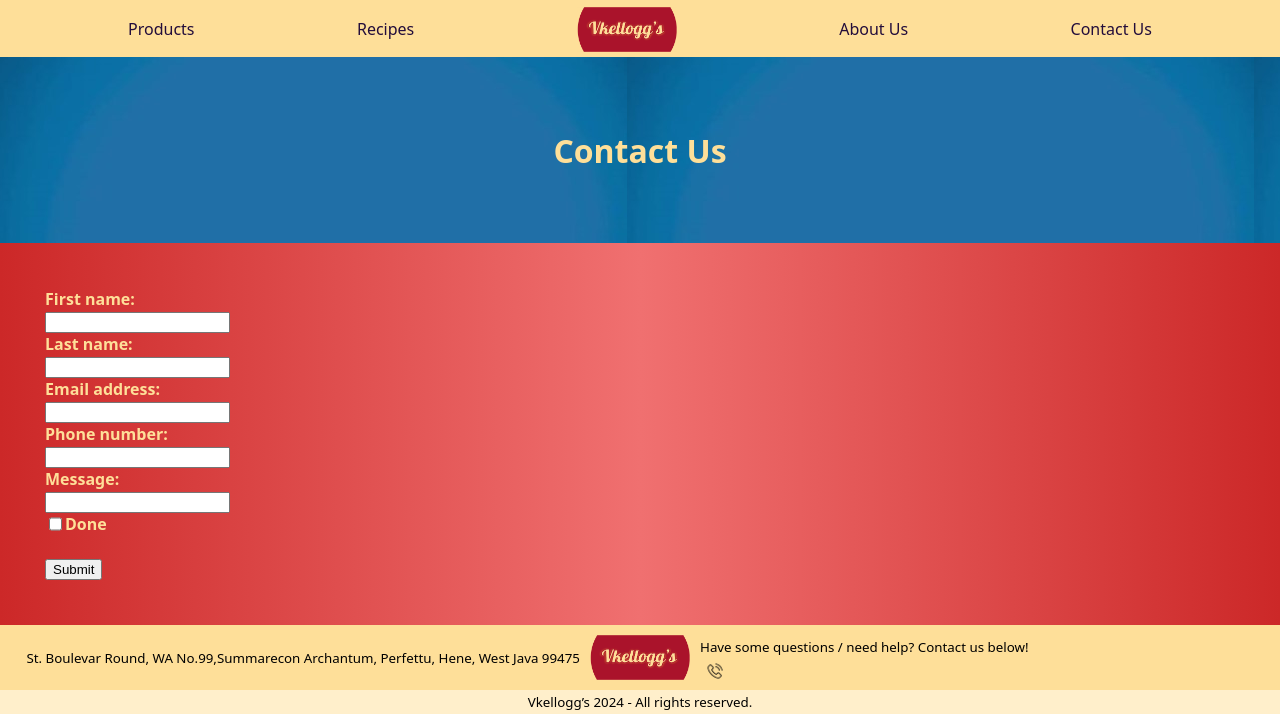
Repository: sugralld/VKelloggs
Page: Code and Assets/html/contactus.html
These files come from the project's save history. The page is drawn as it stood at one moment and after a run of saves; the edit follows.
The browser window is 1280 px wide. The pictures show the whole page.

Above is the page before, as saved 2024-12-04 06:10:08.

After the next 5 saves:
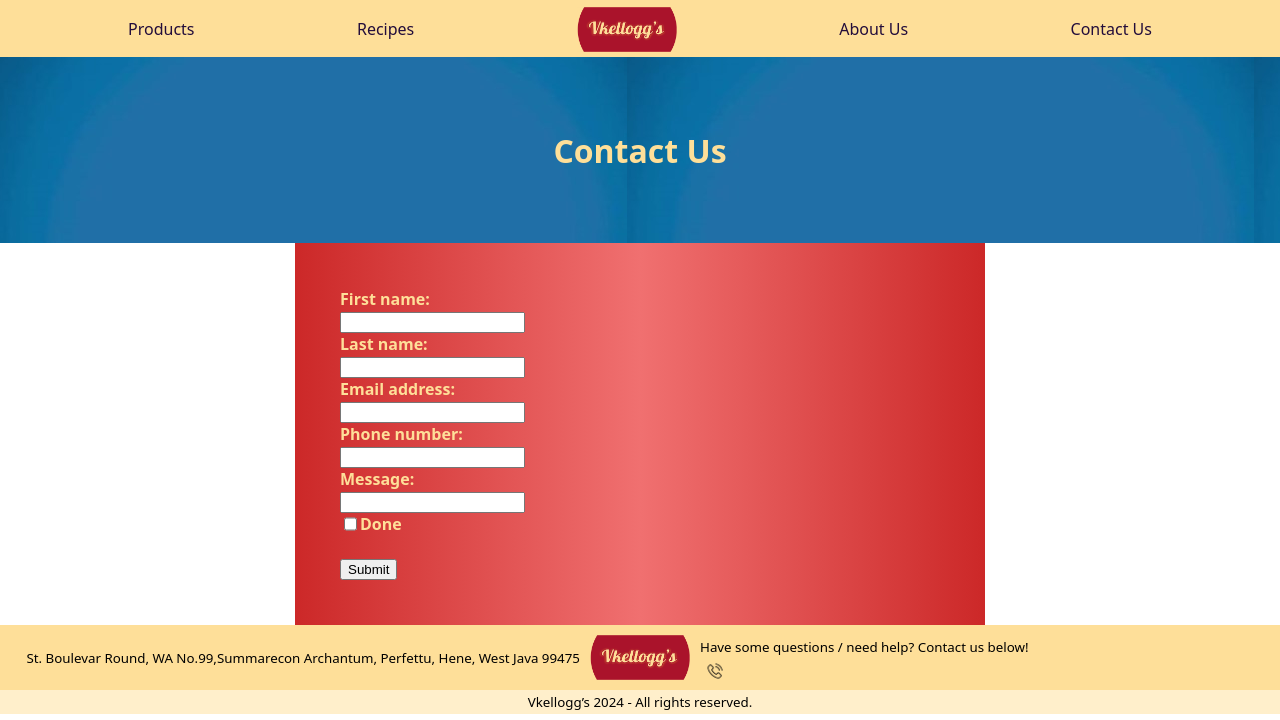
The 5 saves are shown as one change because they came seconds apart.
The last was saved 109 s later.
--- a/Code and Assets/css/contactus.css
+++ b/Code and Assets/css/contactus.css
@@ -7,6 +7,8 @@
 }
 
 .form{
+    max-width: 600px; /* Atur maksimal lebar form */
+    margin: 0 auto; /* Memusatkan form secara horizontal */
     background: linear-gradient(0.25turn,#CC2828,#F07070,#CC2828);
     padding: 45px;
     font-weight: bold;

After the save that followed:
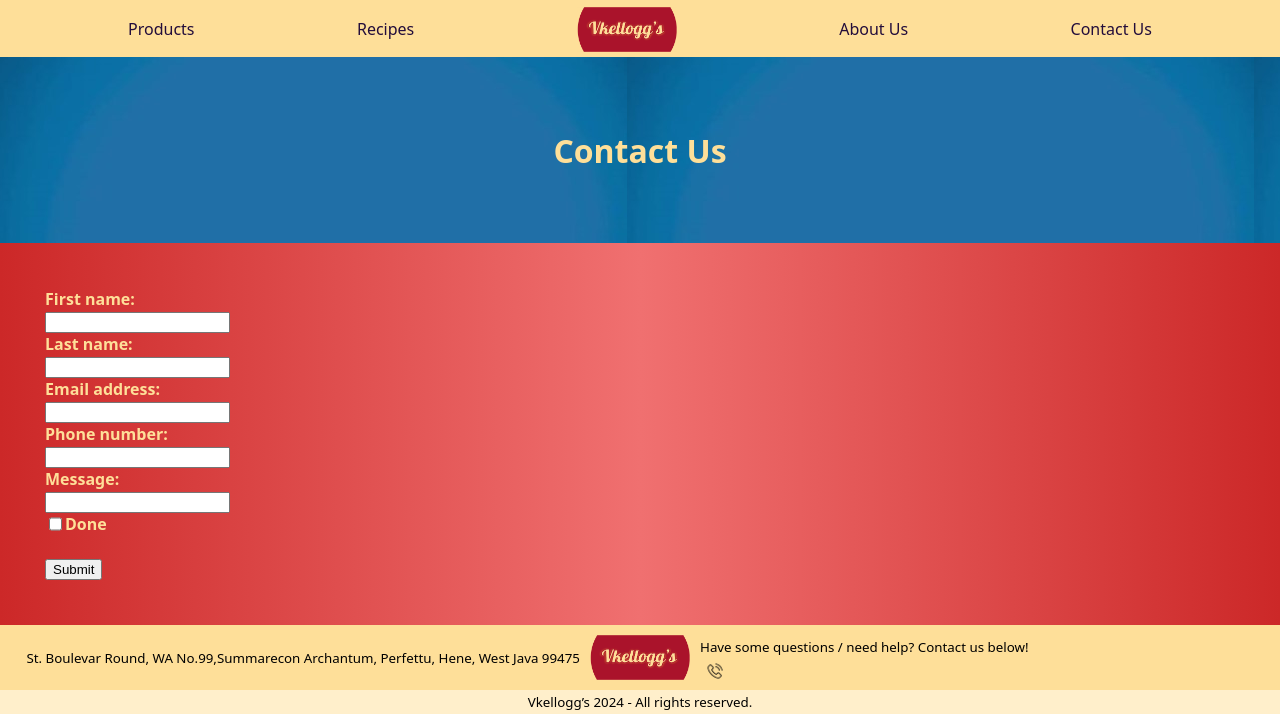
Saved 21 s later.
--- a/Code and Assets/css/contactus.css
+++ b/Code and Assets/css/contactus.css
@@ -7,7 +7,6 @@
 }
 
 .form{
-    max-width: 600px; /* Atur maksimal lebar form */
     margin: 0 auto; /* Memusatkan form secara horizontal */
     background: linear-gradient(0.25turn,#CC2828,#F07070,#CC2828);
     padding: 45px;
